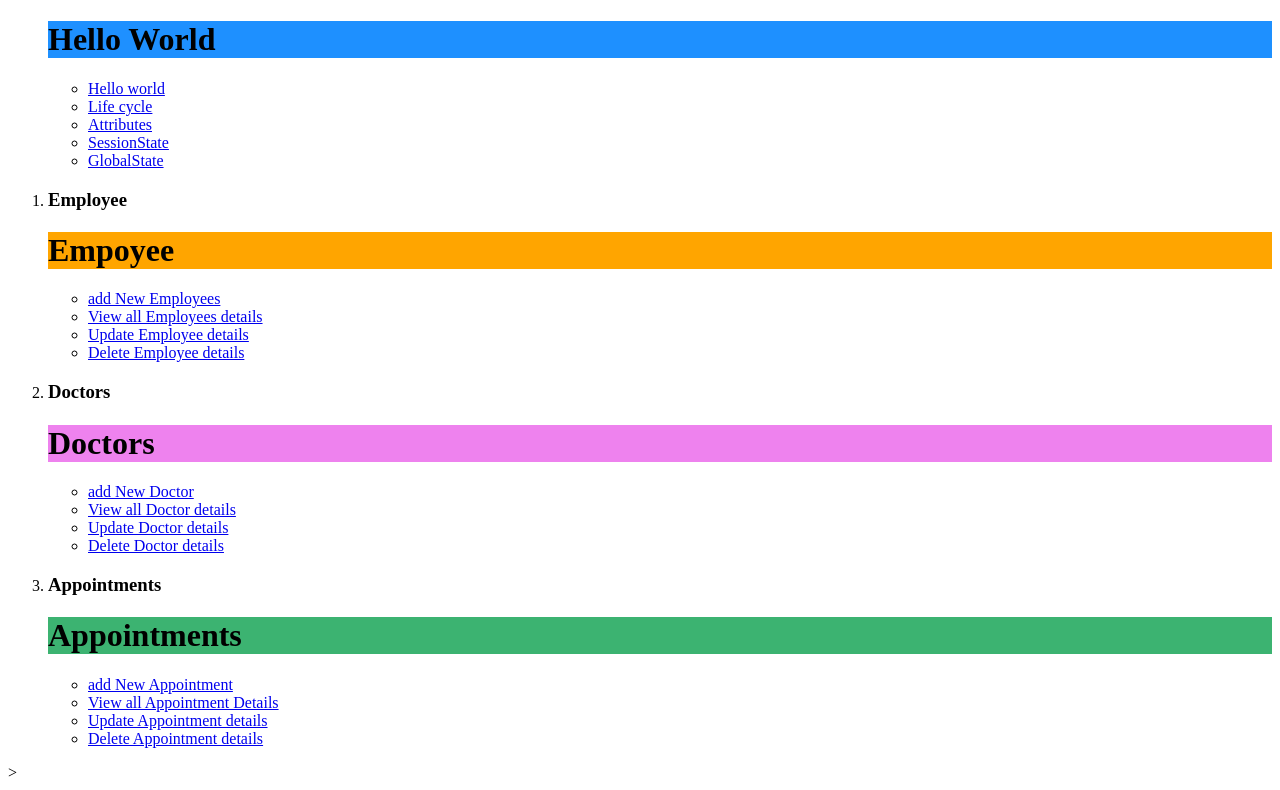
Repository: rameshraj97/Core-java
Page: firstWebsite/src/main/webapp/Index1.html
These files come from the project's save history. The page is drawn as it stood at one moment and after the next save; the edit follows.
The browser window is 1280 px wide. The pictures show the whole page.

Above is the page before, as saved 2022-05-23 12:01:38.

### firstWebsite/src/main/webapp/Index1.html
<!DOCTYPE html>
<html>
<head>
<meta charset="ISO-8859-1">
<title>Insert title here</title>
</head>
<body>
  <ol><!-- ordered list -->

           <h1 style="background-color:DodgerBlue;">Hello World</h1>

          <ul>
         <li> <a href="/firstWebsite/HelloWorld">Hello world</a> </li>
         <li> <a href="/firstWebsite/LifeCycle">Life cycle</a> </li>
          <li><a href="/firstWebsite/Attributes.html">Attributes</a> </li>
         <li> <a href="/firstWebsite/SessionState.html">SessionState</a> </li>
         <li> <a href="/firstWebsite/GlobalState.html">GlobalState</a> </li>

          </ul>
   <li><h3>Employee</h3></li>
      <h1 style="background-color:Orange;">Empoyee</h1>
         <ul>
         <li><a href="/firstWebsite/AddEmployee.html">add New Employees</a></li>
         <li><a href="/firstWebsite/GetAllEmployees.html">View all Employees details</a></li>
         <li><a href="/firstWebsite/UpdateEmployee.html">Update Employee details</a></li>
         <li><a href="/firstWebsite/DeleteEmployeeDetails.html">Delete Employee details</a></li>
         </ul>
   <li><h3>Doctors</h3></li>
       <h1 style="background-color:Violet;">Doctors</h1>
         <ul>
         <li><a href="/firstWebsite/AddDoctor.html">add New Doctor</a></li>
         <li><a href="/firstWebsite/GetAllDoctors.html">View all Doctor details</a></li>
         <li><a href="/firstWebsite/UpdateDoctorDetails.html">Update Doctor details</a></li>
         <li><a href="/firstWebsite/DeleteDoctorDetails.html">Delete Doctor details</a></li>
         </ul>
   <li><h3>Appointments</h3></li>
      <h1 style="background-color:MediumSeaGreen;">Appointments</h1>
         <ul>
         <li><a href="/firstWebsite/AddAppointments.html">add New Appointment</a></li>
         <li><a href="/firstWebsite/GetAllAppointments.html">View all Appointment Details</a></li>
         <li><a href="/firstWebsite/UpdateAppointments.html">Update Appointment details</a></li>
         <li><a href="/firstWebsite/DeleteAppointmentDetails.html">Delete Appointment details</a></li>
         </ul>

   </ol>>

</body>
</html>

After the next save:
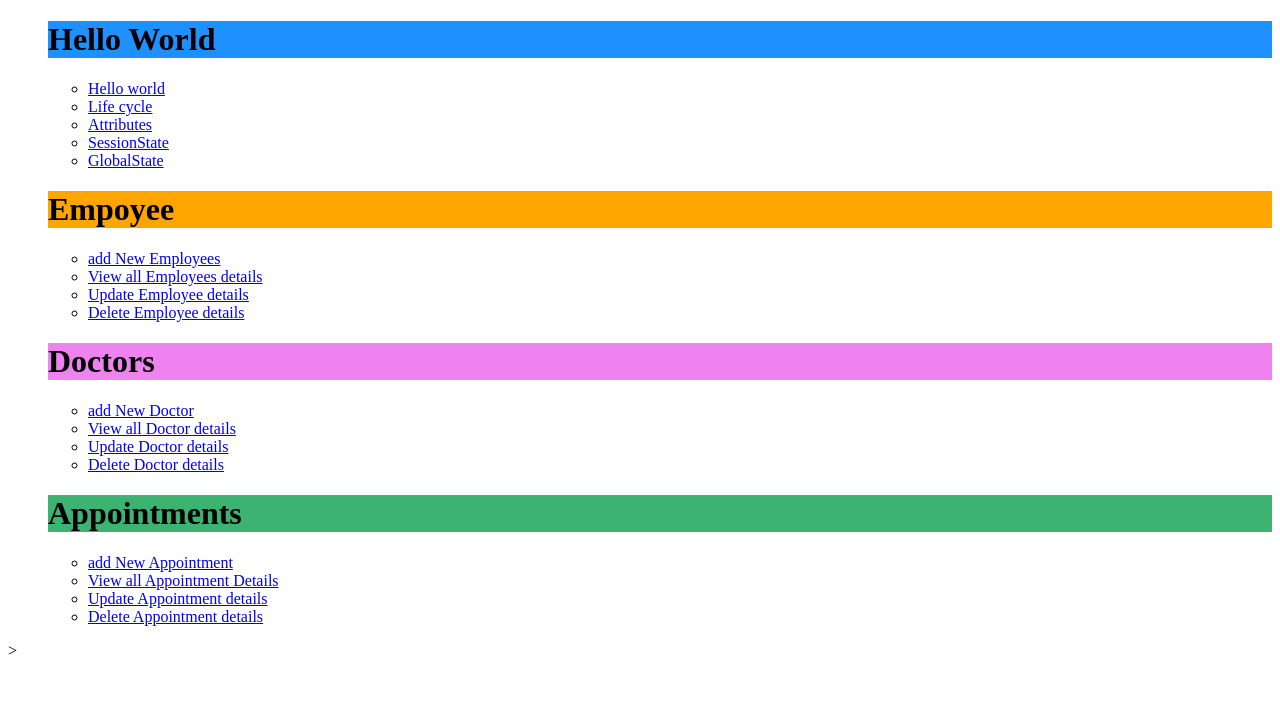
Saved 50 s later.
--- a/firstWebsite/src/main/webapp/Index1.html
+++ b/firstWebsite/src/main/webapp/Index1.html
@@ -17,7 +17,7 @@
          <li> <a href="/firstWebsite/GlobalState.html">GlobalState</a> </li>
 
           </ul>
-   <li><h3>Employee</h3></li>
+
       <h1 style="background-color:Orange;">Empoyee</h1>
          <ul>
          <li><a href="/firstWebsite/AddEmployee.html">add New Employees</a></li>
@@ -25,7 +25,7 @@
          <li><a href="/firstWebsite/UpdateEmployee.html">Update Employee details</a></li>
          <li><a href="/firstWebsite/DeleteEmployeeDetails.html">Delete Employee details</a></li>
          </ul>
-   <li><h3>Doctors</h3></li>
+
        <h1 style="background-color:Violet;">Doctors</h1>
          <ul>
          <li><a href="/firstWebsite/AddDoctor.html">add New Doctor</a></li>
@@ -33,7 +33,7 @@
          <li><a href="/firstWebsite/UpdateDoctorDetails.html">Update Doctor details</a></li>
          <li><a href="/firstWebsite/DeleteDoctorDetails.html">Delete Doctor details</a></li>
          </ul>
-   <li><h3>Appointments</h3></li>
+
       <h1 style="background-color:MediumSeaGreen;">Appointments</h1>
          <ul>
          <li><a href="/firstWebsite/AddAppointments.html">add New Appointment</a></li>
